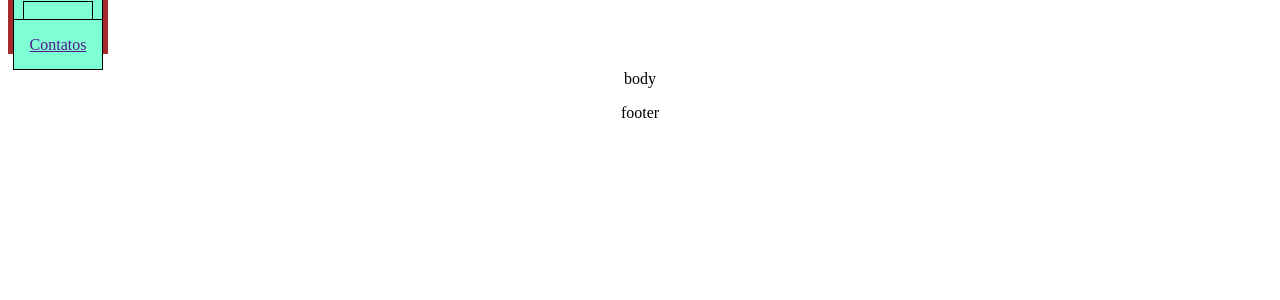
Repository: marllon-hetzler/Site-Salvatore-Barbearia
Page: home.html
These files come from the project's save history. The page is drawn as it stood at one moment and after the next save; the edit follows.
The browser window is 1280 px wide. The pictures show the whole page.

Above is the page before, as saved 2023-02-18 14:10:43.

After the next save:
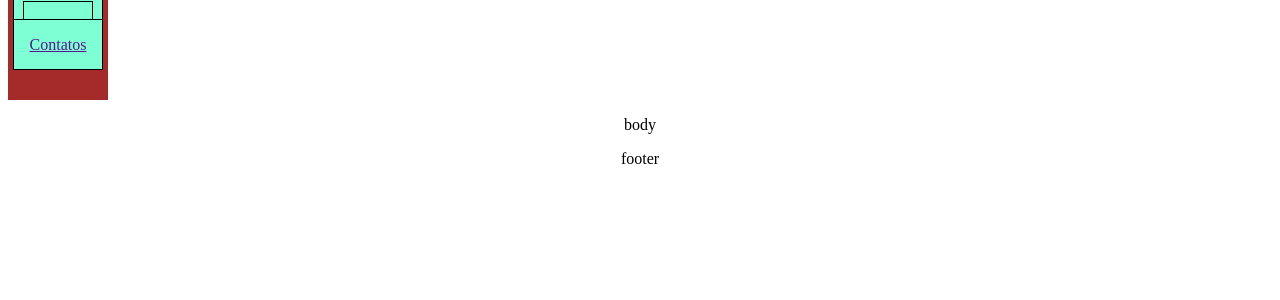
Saved 9 s later.
--- a/home.html
+++ b/home.html
@@ -11,7 +11,7 @@
 <style>
     header{
         width: 100px;
-        height: 10opx;
+        height: 100px;
         display: inline-block;
         background-color: brown;
     }
